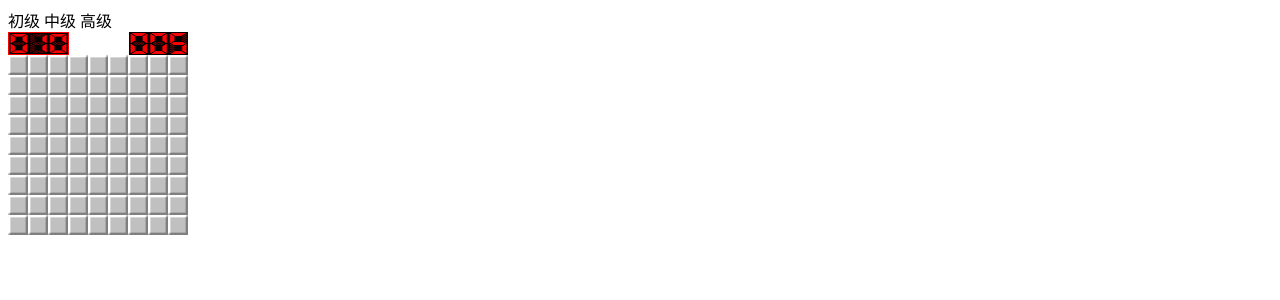
Repository: vLinv/MineSweeper
Page: index.html
The author's editor kept a copy of each file at every save. The page is drawn from the files as they stood at one save, then again after the next save.
The browser window is 1280 px wide. The pictures show the whole page.

Above is the page before, as saved 2022-02-18 11:49:53.

### index.html
<!DOCTYPE html>
<html lang="en">

<head>
  <meta charset="UTF-8">
  <meta http-equiv="X-UA-Compatible" content="IE=edge">
  <meta name="viewport" content="width=device-width, initial-scale=1.0">
  <title>MineSweeper</title>
</head>

<body>
  <div class="level_select">
    <span onclick="changeLevel('primary')">初级</span>
    <span onclick="changeLevel('intermediate')">中级</span>
    <span onclick="changeLevel('advanced')">高级</span>
  </div>
  <div class="game_wrap">
    <div class="header_wrap">
      <canvas id="mineNumCanvas" width="39" height="23" style="border: 1px solid red;"></canvas>
      <div class="face_btn"></div>
      <canvas id="timeCanvas" width="39" height="23"></canvas>
    </div>
    <div class="section_wrap">
      <canvas id="canvas" width="180" height="180"></canvas>
    </div>
  </div>
  <style>
    .header_wrap{
      width: 180px;
      height: 23px;
      display: flex;
    }
    #mineNumCanvas{
      width: 39px;
      flex: 1;
    }
    .face_btn{
      flex: 1;
    }
    #timeCanvas{
      flex: 1;
    }

  </style>
  <script>
    /** @type {HTMLCanvasElement} */
    // 游戏canvas
    const canvasNode = document.getElementById('canvas')
    const ctx = canvasNode.getContext('2d')
    // mineNum与timer Canvas
    const mineNumNode = document.getElementById('mineNumCanvas')
    const timerNode = document.getElementById('timeCanvas')
    const mineNumCtx = mineNumNode.getContext('2d')
    const timerCtx = timerNode.getContext('2d')

    // 存储图片路径（name, url）
    const imgArr = new Map();
    // 存储已加载好的图片 (name, img)
    const imgArrElement = new Map();
    // 资源是否加载完成
    let sourceInit = false;

    let mineSweeper = null;

    const MAP_LEVEL = {
      'primary': {
        mapSize: [9, 9],
        mineNum: 10
      },
      'intermediate': {
        mapSize: [16, 16],
        mineNum: 40
      },
      'advanced': {
        mapSize: [16, 30],
        mineNum: 90
      }
    }

    function initImage() {
      imgArr.set('ask', './img/ask.gif')
      imgArr.set('blank', './img/blank.gif')
      imgArr.set('blood', './img/blood.gif')
      imgArr.set('flag', './img/flag.gif')
      imgArr.set('mine', './img/mine.gif')
      for (let i = 0; i <= 8; i++) {
        imgArr.set(i, './img/' + i + '.gif')
      }
      for (let i = 0; i <= 9; i++) {
        imgArr.set('num_' + i, './img/num_' + i + '.jpg');
      }
      const loadImage = (url) => {
        return new Promise((reslove) => {
          let img = new Image();
          img.onload = () => reslove(img)
          img.src = url
        })
      }
      const promiseArr = [];
      // 获取所有图片的promise对象并使用promise.all进行加载
      [...imgArr.keys()].forEach(e => {
        promiseArr.push(loadImage(imgArr.get(e)))
      });
      sourceInit = true;
      return Promise.all(promiseArr)
    }

    // 开始游戏
    async function startGame() {
      if (!sourceInit) {
        const res = await initImage()
        const keys = [...imgArr.keys()];
        res.forEach((item, index) => {
          imgArrElement.set(String(keys[index]), item)
        })
      }
      mineSweeper = new MineSweeper();
      mineSweeper.initGame();
    }

    class MineSweeper {
      constructor() {
        this.level = 'primary'
        this.map = [];
        this.mapSizeX = 0;
        this.mapSizeY = 0;
        this.mineNum = 0;
        this.bombList = [];
        this.flagList = [];
        this.problemList = [];
        this.isGameOver = false;
        this.mineNumCanvas = mineNumCtx;
        this.timerCanvas = timerCtx;
        this.timer = null;
        this.time = 0;
      }

      initGame() {
        const {
          mapSize,
          mineNum
        } = MAP_LEVEL[this.level]
        this.mapSizeX = mapSize[0];
        this.mapSizeY = mapSize[1];
        this.mineNum = mineNum;
        this.buildMap();
        this.buildBomb();
        this.drawMap();
        this.drawGameInfo(this.mineNum, this.mineNumCanvas);
        this.drawGameInfo(this.time, this.timerCanvas)
        this.timer = setInterval(() => {
          this.time += 1;
          this.drawGameInfo(this.time, this.timerCanvas)
        }, 1000)
      }

      buildMap() {
        for (let i = 0; i < this.mapSizeY; i++) {
          this.map.push(new Array(this.mapSizeX).fill(-1))
        }
      }

      buildBomb() {
        let curBomb = 0;
        while (curBomb < this.mineNum) {
          let xPos = Number.parseInt(Math.random() * this.mineNum);
          let yPos = Number.parseInt(Math.random() * this.mineNum);
          if (this.bombList.find(item => {
              return xPos === item[0] && yPos === item[1]
            }) === undefined) {
            this.bombList.push([xPos, yPos])
            curBomb++;
          }
        }
      }
      // 绘制
      drawMap() {
        const blankImg = imgArrElement.get('blank')
        const flag = imgArrElement.get('flag')

        for (let i = 0; i < this.mapSizeX; i++) {
          for (let j = 0; j < this.mapSizeY; j++) {
            if (this.map[i][j] === -1) {
              ctx.drawImage(blankImg, 0, 0, blankImg.width, blankImg.height, 20 * i, 20 * j, 20, 20)
            } else if (this.map[i][j] >= 0) {
              const numImg = imgArrElement.get(this.map[i][j] + '')
              ctx.drawImage(numImg, 0, 0, numImg.width, numImg.height, 20 * i, 20 * j, 20, 20)
            }
            if (this.posInflagList(i, j) !== -1) {
              ctx.drawImage(flag, 0, 0, flag.width, flag.height, 20 * i, 20 * j, 20, 20)
            }
          }
        }
      }

      drawAllBomb(xPos, yPos) {
        const blood = imgArrElement.get('blood')
        const mine = imgArrElement.get('mine')
        // 绘制所有地雷
        this.bombList.forEach(e => {
          if (e[0] === xPos && e[1] === yPos) {
            ctx.drawImage(blood, 0, 0, blood.width, blood.height, 20 * e[0], 20 * e[1], 20, 20)
          } else {
            ctx.drawImage(mine, 0, 0, mine.width, mine.height, 20 * e[0], 20 * e[1], 20, 20)
          }
        })
      }


      // 绘制地雷数与计时器
      drawGameInfo(num, ctx) {
        // 将num转换为3位数字
        const tmpArr = new Array(3).fill(0);
        const arr = [...num + '']
        while (arr.length < 3) {
          arr.unshift('0')
        }
        for (let i = 0; i < 3; i++) {
          ctx.drawImage(imgArrElement.get('num_' + arr[i]), i * 13, 0)
        }
      }

      // 获取(xPos, yPos)周围八格位置
      getAroundGrid(xPos, yPos) {
        const pos = [-1, 0, 1];
        const around = [];
        for (let i = 0; i < pos.length; i++) {
          let tmpxPos = xPos + pos[i];
          // 边界
          if (tmpxPos < 0 || tmpxPos >= this.mapSizeX) {
            continue
          }
          for (let j = 0; j < pos.length; j++) {
            let tmpyPos = yPos + pos[j];
            if (tmpyPos < 0 || tmpyPos >= this.mapSizeY || (tmpxPos === xPos && tmpyPos === yPos)) {
              continue
            }
            around.push([tmpxPos, tmpyPos])
          }
        }
        return around;
      }

      // 点击(xPos, yPos)操作
      clickPos(xPos, yPos) {
        // 判断游戏是否结束
        if (this.posInBombList(xPos, yPos)) {
          this.gameOver(xPos, yPos);
          return;
        }
        const queue = []
        queue.push([xPos, yPos]);
        while (queue.length > 0) {
          let tmpNode = queue.shift()
          let tmpxPos = tmpNode[0],
            tmpyPos = tmpNode[1]
          // 该点为雷或已经打开则跳过
          if (this.posInBombList(tmpxPos, tmpyPos) || this.map[tmpxPos][tmpyPos] >= 0) {
            continue;
          }
          const around = this.getAroundGrid(tmpxPos, tmpyPos, this.map.length)
          // around中有几个雷
          let bombNum = 0
          around.forEach(x => {
            this.bombList.forEach(y => {
              if (x[0] === y[0] && x[1] === y[1]) {
                bombNum++;
              }
            })
          })
          this.map[tmpxPos][tmpyPos] = bombNum;
          // 如果周围没有雷，则继续打开周围坐标
          if (bombNum === 0) {
            queue.push(...around)
          }
        }
        this.drawMap()
      }

      // 游戏结束操作
      gameOver(xPos, yPos) {
        this.drawAllBomb(xPos, yPos)
        this.isGameOver = true;
      }

      // (xPos, yPos)是否为雷
      posInBombList(xPos, yPos) {
        // true: 存在
        return this.bombList.find(item => {
          return xPos === item[0] && yPos === item[1]
        }) !== undefined
      }

      // (xPos, yPos)是否被标记
      posInflagList(xPos, yPos) {
        return this.flagList.findIndex(item => {
          return xPos === item[0] && yPos === item[1]
        })
      }

      // 判断游戏是否胜利
      checkGameWin() {
        // 剩余未打开格子都存在于bombList中
        for (let i = 0; i < this.mapSizeX; i++) {
          for (let j = 0; j < this.mapSizeY; j++) {
            let tmpGrid = this.map[i][j]
            if (tmpGrid < 0 && !this.posInBombList(i, j)) {
              return false;
            }
          }
        }
        return true;
      }

      // 标记(xPos, yPos)
      signBomb(xPos, yPos) {
        const pos = this.posInflagList(xPos, yPos)
        if (pos !== -1) {
          this.flagList.splice(pos, 1)
        } else {
          this.flagList.push([xPos, yPos])
        }
        this.drawMap()
      }

      // 改变等级
      changeLevel(level) {

      }
    }

    // 监听点击事件
    document.addEventListener('click', e => {
      if (e.target !== canvas || mineSweeper.isGameOver) {
        return;
      }
      mineSweeper.clickPos(Number.parseInt(e.offsetX / 20), Number.parseInt(e.offsetY / 20))
    })

    // 监听右键事件
    document.oncontextmenu = e => {
      if (e.target !== canvas || mineSweeper.isGameOver) {
        return false;
      }
      const xPos = Number.parseInt(Number.parseInt(e.offsetX / 20)),
        yPos = Number.parseInt(Number.parseInt(e.offsetY / 20))
      mineSweeper.signBomb(xPos, yPos)
    };
    startGame();
  </script>
</body>

</html>

After the next save:
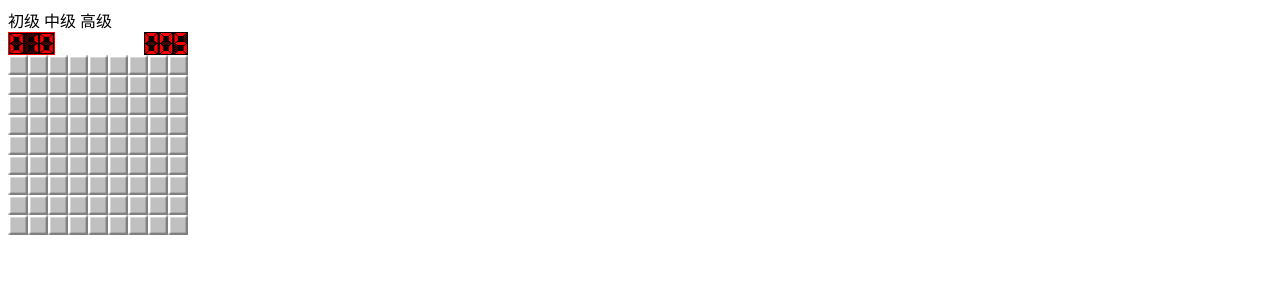
Saved 7 s later.
--- a/index.html
+++ b/index.html
@@ -31,11 +31,10 @@
       display: flex;
     }
     #mineNumCanvas{
-      width: 39px;
       flex: 1;
     }
     .face_btn{
-      flex: 1;
+      flex: 2;
     }
     #timeCanvas{
       flex: 1;
